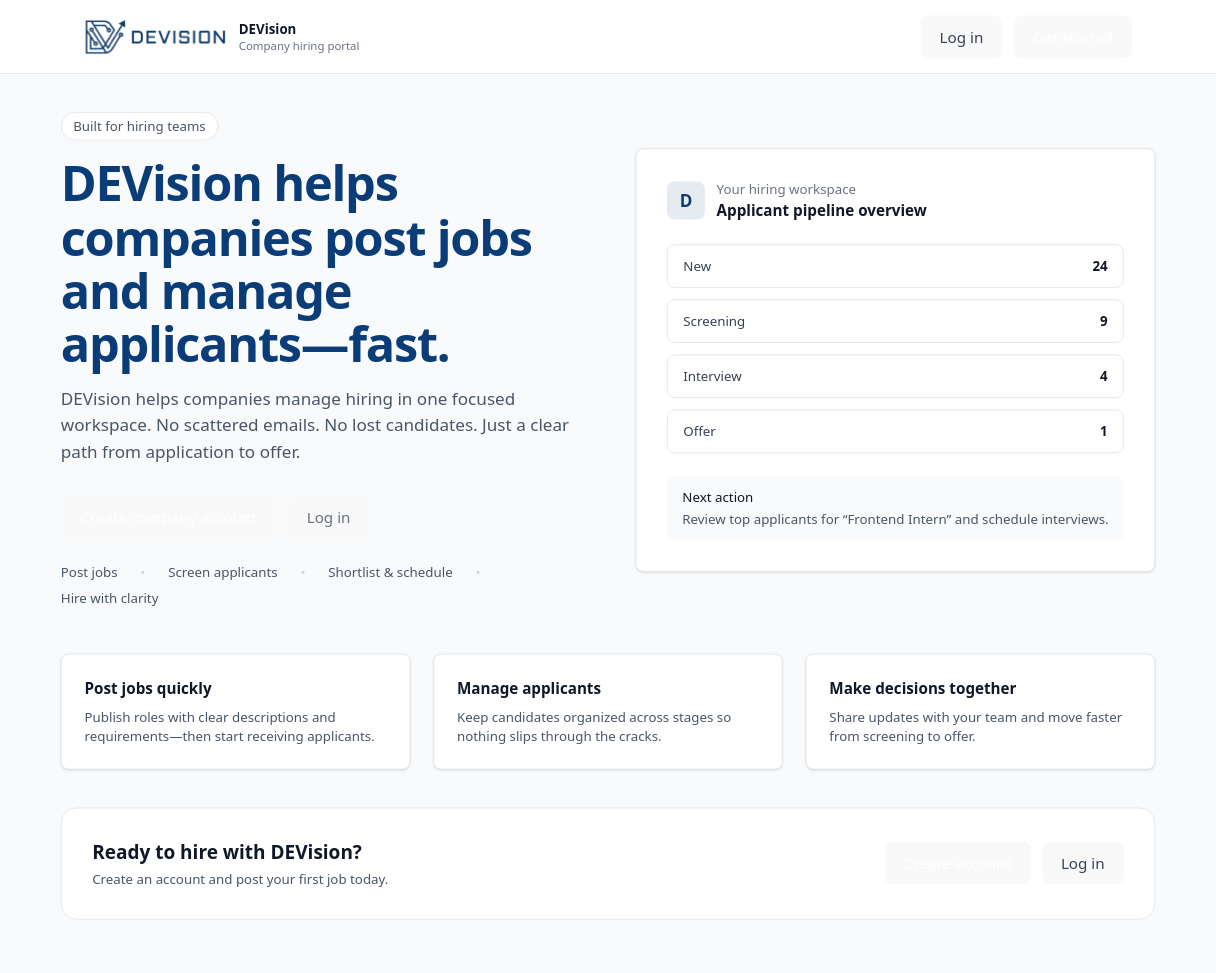
Repository: ISYS3461-2025C-Mulan-DEVision/JobManager_FE
Page: /
These files come from the project's save history. The page is drawn as it stood at one moment and after the next save; the edit follows.
The browser window is 1280 px wide. The pictures show the whole page, at 95% of full size.
The project was rebuilt for these pictures with package versions that can differ from the ones it lists, and the page was loaded fresh each time. Also part of the build but not shown: vite.config.js, src/components/ui/Input/Input.tsx, src/components/ui/Spinner/Spinner.tsx, src/components/ui/Alert/Alert.tsx, src/components/ui/GoogleLogo/GoogleLogo.tsx, src/components/headless/Form/Form.tsx, src/components/headless/Form/index.ts, src/components/headless/Table/useTable.ts and 18 more.

Above is the page before, as saved 2025-12-12 15:35:53.

After the next save:
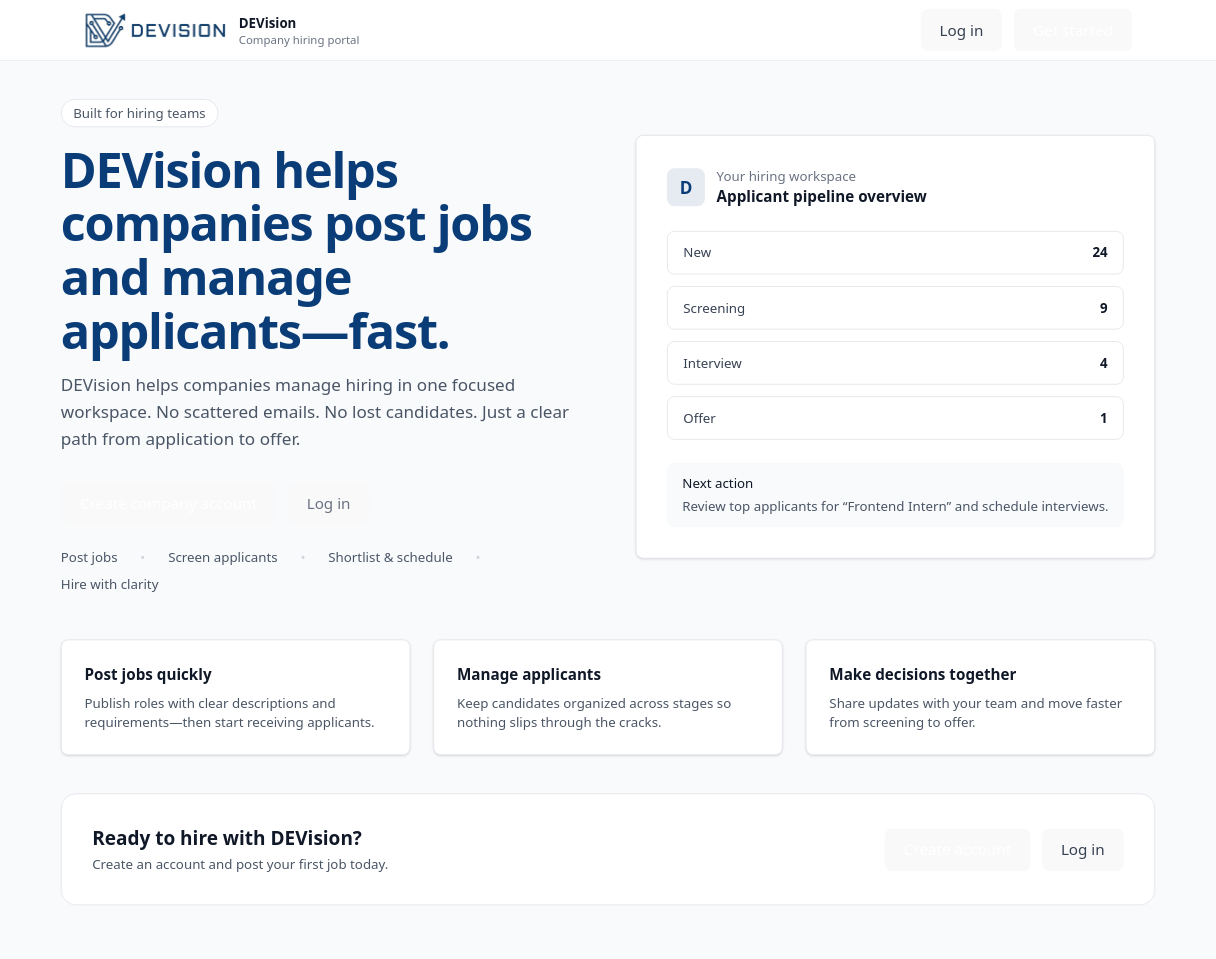
Saved 8 s later.
--- a/src/App.tsx
+++ b/src/App.tsx
@@ -1,39 +1,14 @@
-import { Routes, Route, Link, useLocation } from "react-router-dom";
+import { Routes, Route } from "react-router-dom";
 import Home from "./pages/Home";
 import LoginPage from "./pages/LoginPage";
 import RegistrationPage from "./pages/RegistrationPage";
-import { Button } from "./components/ui";
+import AppHeader from "./components/common/AppHeader";
 
 function App() {
-    const location = useLocation();
-    const isAuthPage = location.pathname === "/login" || location.pathname === "/register";
-
     return (
         <div className="min-h-screen bg-background">
-            {!isAuthPage && (
-                <header className="border-b border-gray-200 bg-white">
-                    <div className="mx-auto flex max-w-6xl items-center justify-between px-6 py-4">
-                        <Link to="/" className="flex items-center gap-3">
-                            <img src="/logo/logo.png" alt="DEVision" className="h-9 w-auto" />
-                            <div className="leading-tight">
-                                <div className="text-sm font-semibold text-gray-900">DEVision</div>
-                                <div className="text-xs text-gray-500">Company hiring portal</div>
-                            </div>
-                        </Link>
-
-                        <nav className="flex items-center gap-3">
-                            <Link to="/login" className="inline-flex">
-                                <Button variant="ghost">Log in</Button>
-                            </Link>
-                            <Link to="/register" className="inline-flex">
-                                <Button>Get started</Button>
-                            </Link>
-                        </nav>
-                    </div>
-                </header>
-            )}
-
-            <main className={!isAuthPage ? "" : ""}>
+            <AppHeader />
+            <main>
                 <Routes>
                     <Route path="/" element={<Home />} />
                     <Route path="/login" element={<LoginPage />} />
